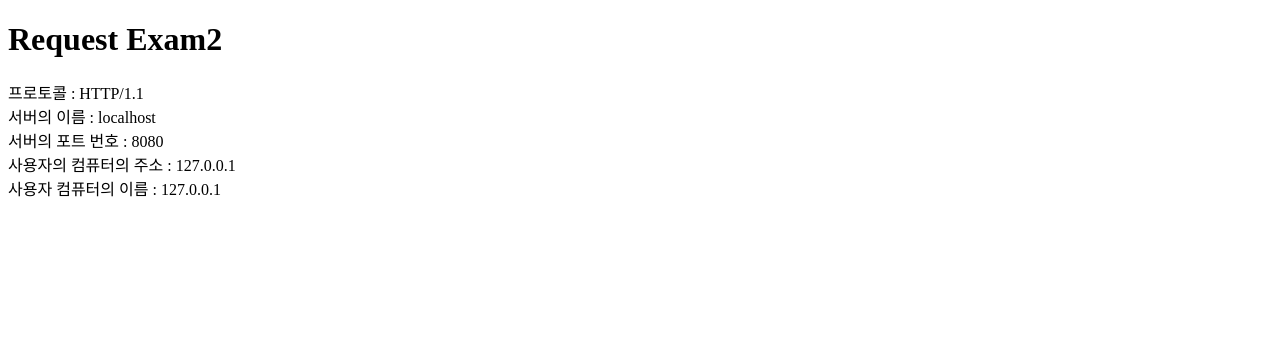
Repository: kimwoongasd/JSPAndServlet
Page: http://localhost/day1221/22_request1.jsp
These files come from the project's save history. The page is drawn as it stood at one moment and after the next save; the edit follows.
The browser window is 1280 px wide. The pictures show the whole page.
The page is served by Tomcat 9.

Above is the page before, as saved 2023-12-21 07:22:34.

After the next save:
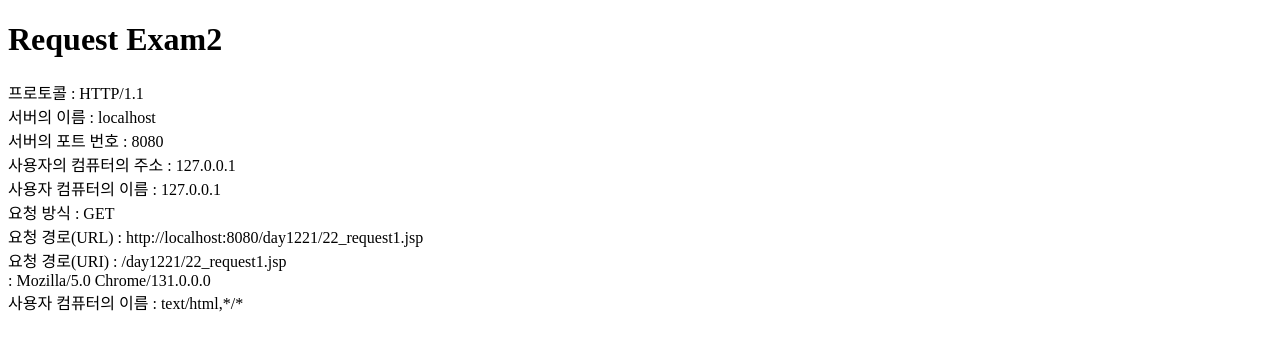
Saved 92 s later.
--- a/day1221/src/main/webapp/22_request1.jsp
+++ b/day1221/src/main/webapp/22_request1.jsp
@@ -22,7 +22,7 @@
 		String method = request.getMethod();
 		// 클라이언트가 웹브라우저에 입력한 주소표시줄의 내용을 HTTP부터 모두 읽어온다
 		StringBuffer requestURL = request.getRequestURL();
-		// 클라이언트가 웹브라우저의 입력한 주수표시줄의 내용중에 컨텍스트명부터 읽어온다
+		// 클라이언트가 웹브라우저의 입력한 주소표시줄의 내용중에 컨텍스트명부터 읽어온다
 		String requestURI = request.getRequestURI();
 		// 클라이언트의 접속한 웹브라우저의 정보를 읽어온다
 		String userBrowser = request.getHeader("User-Agent");
@@ -36,5 +36,10 @@
 	서버의 포트 번호 : <%=serverPort %><br>
 	사용자의 컴퓨터의 주소 : <%=remoteAddr %><br>
 	사용자 컴퓨터의 이름 : <%=remoteHost %><br>
+	요청 방식 : <%=method %><br>
+	요청 경로(URL) : <%=requestURL %><br>
+	요청 경로(URI) : <%=requestURI %><br>
+	 : <%=userBrowser %><br>
+	사용자 컴퓨터의 이름 : <%=fileType %><br>
 </body>
 </html>
